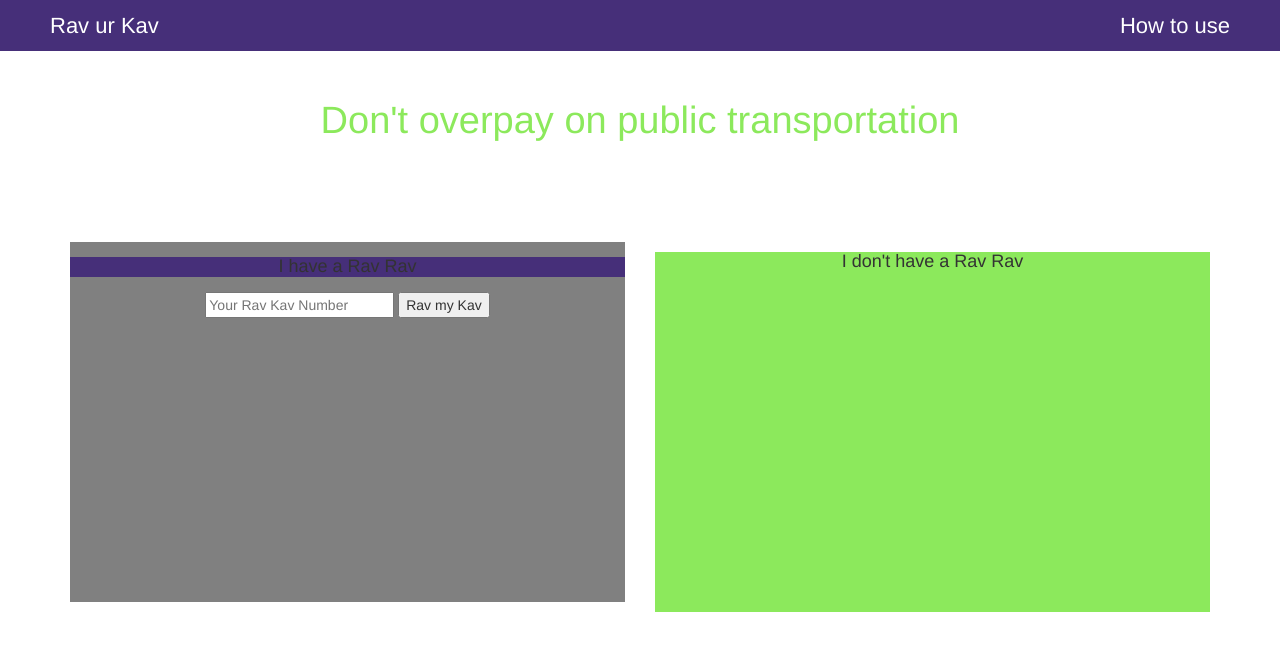
Repository: Louhla/Rav-ur-Kav
Page: index.html
The author's editor kept a copy of each file at every save. The page is drawn from the files as they stood at one save, then again after a run of saves.
The browser window is 1280 px wide. The pictures show the whole page.

Above is the page before, as saved 2019-07-17 14:32:27.

After the next 2 saves:
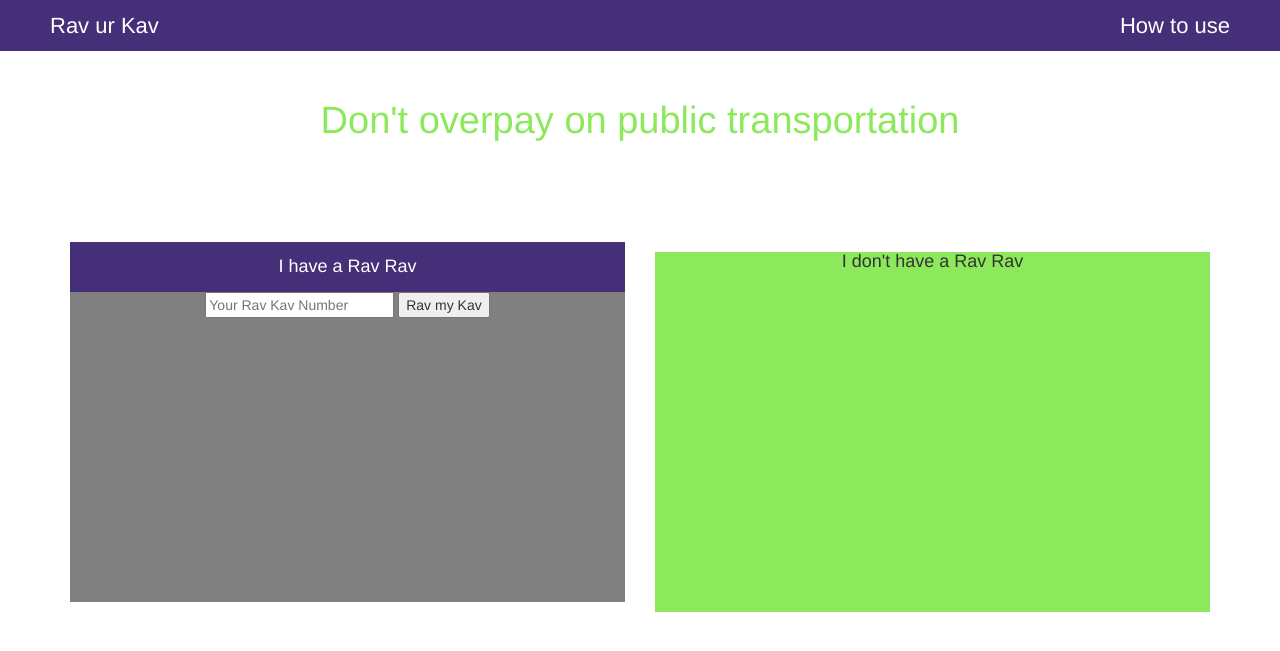
The 2 saves are shown as one change because they came seconds apart.
The last was saved 46 s later.
--- a/css/rav-ur-kav.css
+++ b/css/rav-ur-kav.css
@@ -39,5 +39,7 @@ h1{
 }
 .existing-user > h4{
     background-color: #462F79;
-    margin: 15px 0px;
+    padding: 15px 0px;
+    margin: 0px;
+    color: white;
 }
